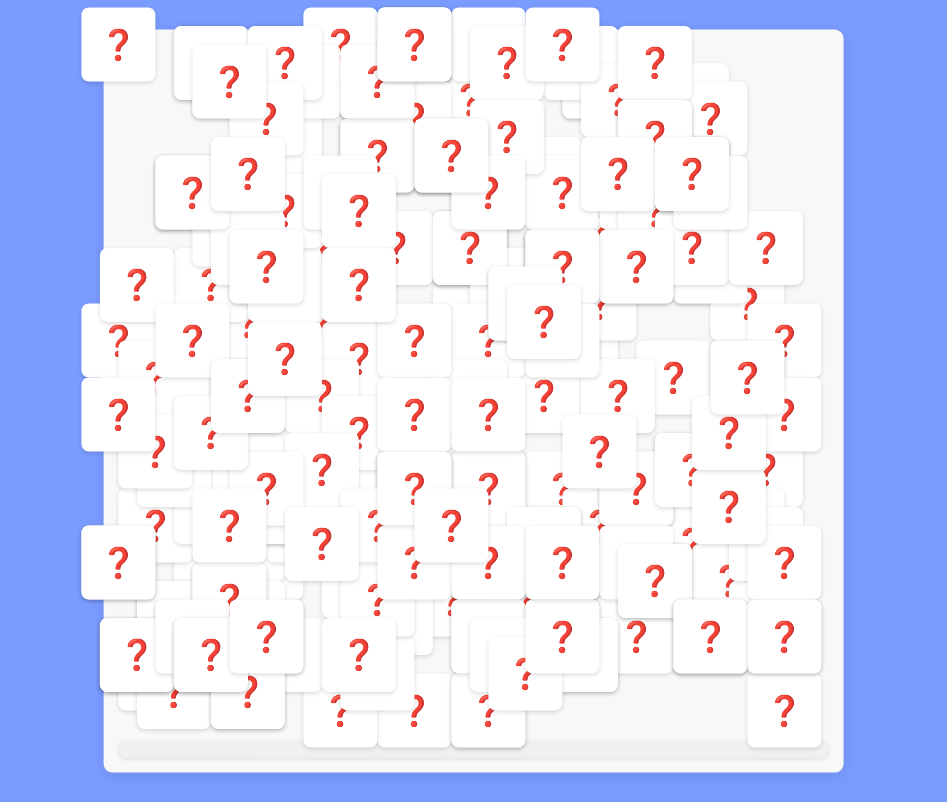
Repository: Avril-Cui/hack-puzzle
Page: / (app in client/)
An editor plug-in stored every save of this project. The page is shown before and after the next save, followed by the edit.
The browser window is 1280 px wide. The pictures show the whole page, at 74% of full size.
The project was rebuilt for these pictures with package versions that can differ from the ones it lists, and the page was loaded fresh each time. The framework's server and built-in components were replaced by stand-ins that run in the browser. Also part of the build but not shown: client/next.config.ts.

Above is the page before, as saved 2025-06-11 19:31:08.

### client/app/page.tsx
import Game from "../components/Game";

export default function Home() {
  return (
    <div>
      <Game />
    </div>
  );
}

### client/app/globals.css
@import "tailwindcss";

:root {
  --background: #7A9CFF;
}

@theme inline {
  --color-background: var(--background);
  --color-foreground: var(--foreground);
  --font-sans: var(--font-geist-sans);
  --font-mono: var(--font-geist-mono);
}

@media (prefers-color-scheme: dark) {
  :root {
    --background: #7A9CFF;
  }
}

body {
  background: var(--background);
  color: var(--foreground);
  font-family: Arial, Helvetica, sans-serif;
}

### client/components/Game.tsx
"use client";
import React, { useEffect, useState } from "react";
import styles from "./Game.module.css";

interface Tile {
  id: string;
  x: number;
  y: number;
  z: number;
  status: number;
  isCover: boolean;
  iconName: string;
}

const CELL_SIZE = 100;
const ICONS = ["🍀", "🌈", "⚙️", "🐏", "🐯", "🐤", "📚", "🧠", "💻", "🐼"];

const PuzzleGame: React.FC = () => {
  const [tiles, setTiles] = useState<Tile[]>([]);
  const [queue, setQueue] = useState<Tile[]>([]);

  useEffect(() => {
    fetch("/scene.json")
      .then((res) => res.json())
      .then((data) => {
        setTiles(data);
      });
  }, []);

  const handleClick = (tile: Tile) => {
    if (tile.isCover || tile.status !== 0 || queue.length >= 7) return;
    setQueue((prev) => [...prev, tile]);
    setTiles((prev) =>
      prev.map((t) => (t.id === tile.id ? { ...t, status: 1 } : t))
    );
  };

  const getEmoji = (iconName: string): string => {
    const index = parseInt(iconName.replace("icon_", ""));
    return ICONS[index] || "❓";
  };

  return (
    <div className={styles.gameContainer}>
      <div className={styles.tileBoard}>
        {tiles.map((tile) => (
          <div
            key={tile.id}
            className={`${styles.tile} ${tile.isCover ? styles.covered : ""}`}
            style={{
              left: tile.x,
              top: tile.y,
              zIndex: tile.z,
            }}
            onClick={() => handleClick(tile)}
          >
            <div
              className={styles.tileInner}
              style={{ opacity: tile.status < 2 ? 1 : 0 }}
            >
              {getEmoji(tile.iconName)}
            </div>
          </div>
        ))}
      </div>

      <div className={styles.queueBar}>
        {queue.map((tile) => (
          <div key={tile.id} className={styles.queueTile}>
            {getEmoji(tile.iconName)}
          </div>
        ))}
      </div>
    </div>
  );
};

export default PuzzleGame;

### client/components/Game.module.css
.gameContainer {
    position: relative;
    width: 1000px;
    margin: 40px auto;
    background-color: #f8f8f8; /* light neutral instead of green */
    padding: 20px;
    border-radius: 12px;
    box-shadow: 0 4px 20px rgba(0, 0, 0, 0.1);
  }

  .tileBoard {
    position: relative;
    width: 1000px;
    height: 900px;
    background-color: transparent; /* remove green board background */
  }

  .tile {
    position: absolute;
    width: 100px;
    height: 100px;
    background: white;
    border-radius: 10px;
    font-size: 40px;
    display: flex;
    align-items: center;
    justify-content: center;
    transition: transform 0.2s ease, opacity 0.3s ease;
    box-shadow: 0 2px 6px rgba(0, 0, 0, 0.15);
    cursor: pointer;
  }

  .covered {
    background: #ccc;
    opacity: 0.4;
    pointer-events: none;
  }

  .queueBar {
    margin-top: 40px;
    display: flex;
    justify-content: center;
    gap: 12px;
    padding: 12px;
    background: #f0f0f0;
    border-radius: 10px;
    box-shadow: 0 2px 6px rgba(0, 0, 0, 0.1);
  }

  .queueTile {
    width: 100px;
    height: 100px;
    background: white;
    border-radius: 10px;
    font-size: 40px;
    display: flex;
    align-items: center;
    justify-content: center;
    box-shadow: 0 2px 6px rgba(0, 0, 0, 0.1);
  }

Loaded but not shown: client/app/layout.tsx (common file); client/public/scene.json (2162 lines, source omitted)

After the next save:
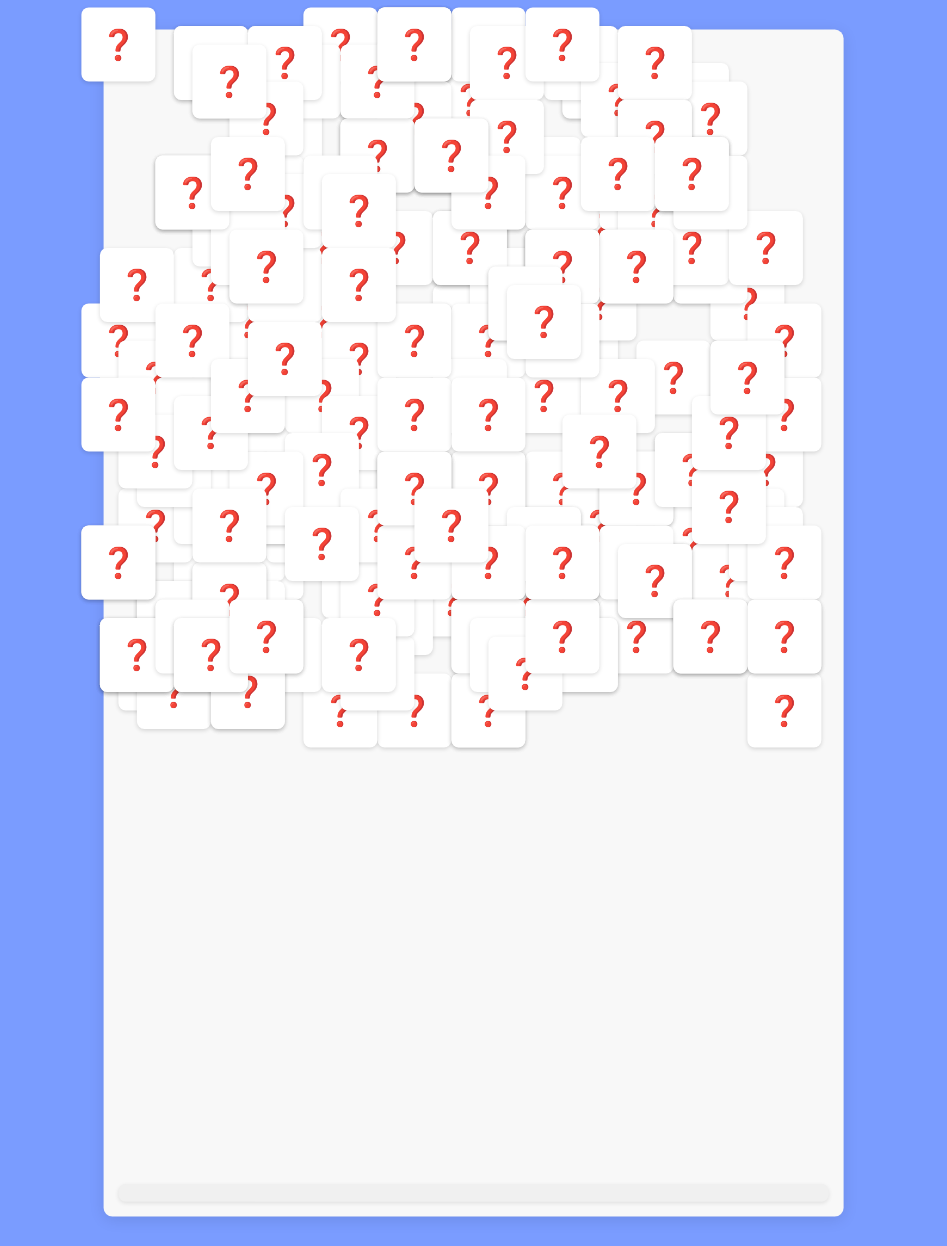
Saved 37 s later.
--- a/client/components/Game.module.css
+++ b/client/components/Game.module.css
@@ -37,7 +37,7 @@
   }
 
   .queueBar {
-    margin-top: 40px;
+    margin-top: 40em;
     display: flex;
     justify-content: center;
     gap: 12px;
